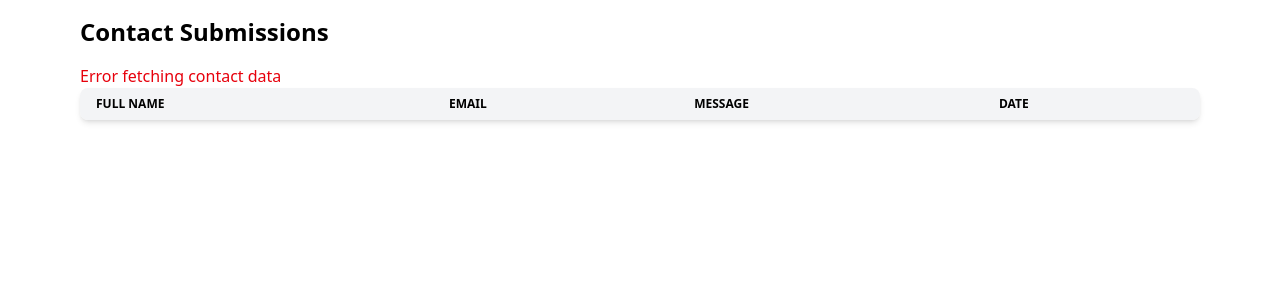
Repository: uk030621/MultiAdaptDB
Page: /contactreply
An editor plug-in stored every save of this project. The page is shown before and after the next save, followed by the edit.
The browser window is 1280 px wide. The pictures show the whole page.
The page's requests for data from a server got no answer. The project was rebuilt for these pictures with package versions that can differ from the ones it lists, and the page was loaded fresh each time. The framework's server and built-in components were replaced by stand-ins that run in the browser. No one was signed in, and anything a server would have sent is missing. Also part of the build but not shown: next.config.mjs.

Above is the page before, as saved 2025-05-11 15:59:02.

After the next save:
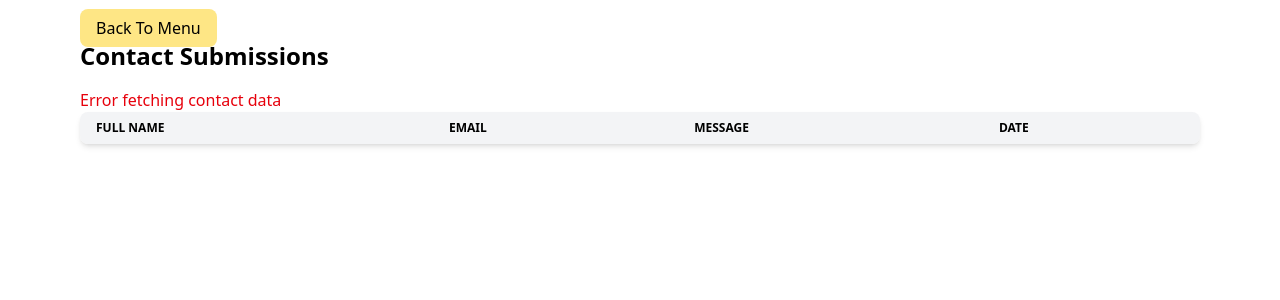
Saved 10 min 14 s later.
--- a/app/contactreply/page.js
+++ b/app/contactreply/page.js
@@ -2,6 +2,7 @@
 "use client";
 
 import { useEffect, useState } from "react";
+import Link from "next/link";
 
 export default function ContactReplyPage() {
   const [contacts, setContacts] = useState([]);
@@ -27,6 +28,9 @@ export default function ContactReplyPage() {
 
   return (
     <div className="p-4 max-w-6xl mx-auto">
+      <Link className="bg-amber-200 px-4 py-2 mt-2 rounded-lg" href="\">
+        Back To Menu
+      </Link>
       <h1 className="text-2xl font-bold mb-4">Contact Submissions</h1>
 
       {error && <div className="text-red-600">{error}</div>}
